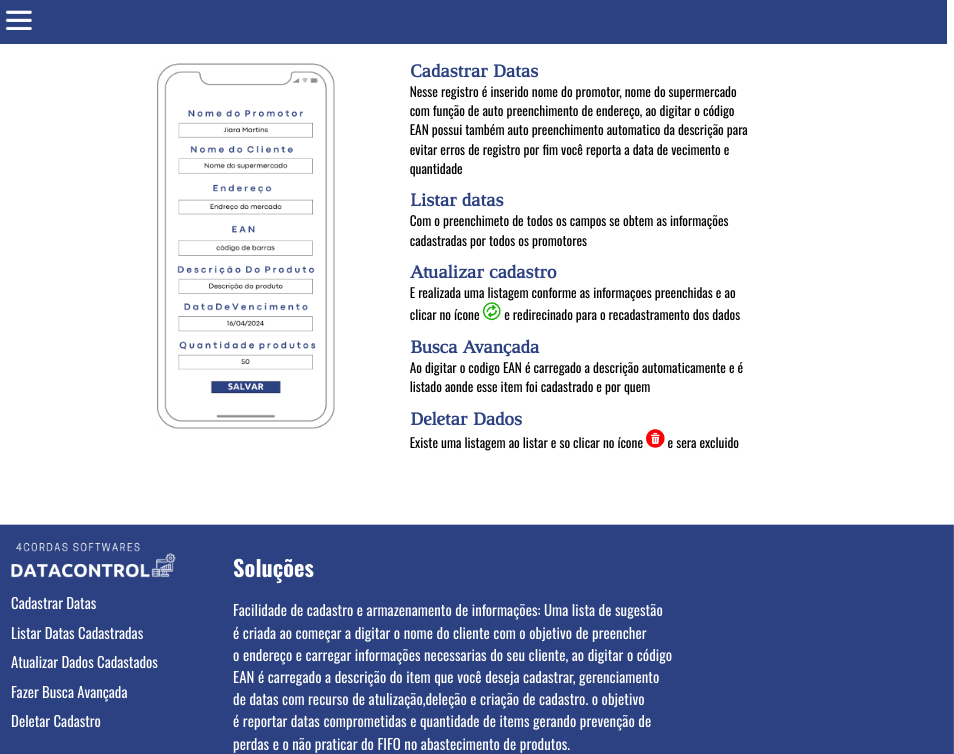
Repository: alfredo-allan/ControleDeDatasFrontEnd
Page: index.html
These files come from the project's save history. The page is drawn as it stood at one moment and after the next save; the edit follows.
The browser window is 1280 px wide. The page is 1289 px wide, so the pictures cover 1289 px, including what lies to the right of the window. The pictures show the whole page, at 74% of full size.

Above is the page before, as saved 2024-04-30 14:48:34.
Console error: TypeError: Cannot read properties of null (reading 'addEventListener')

After the next save:
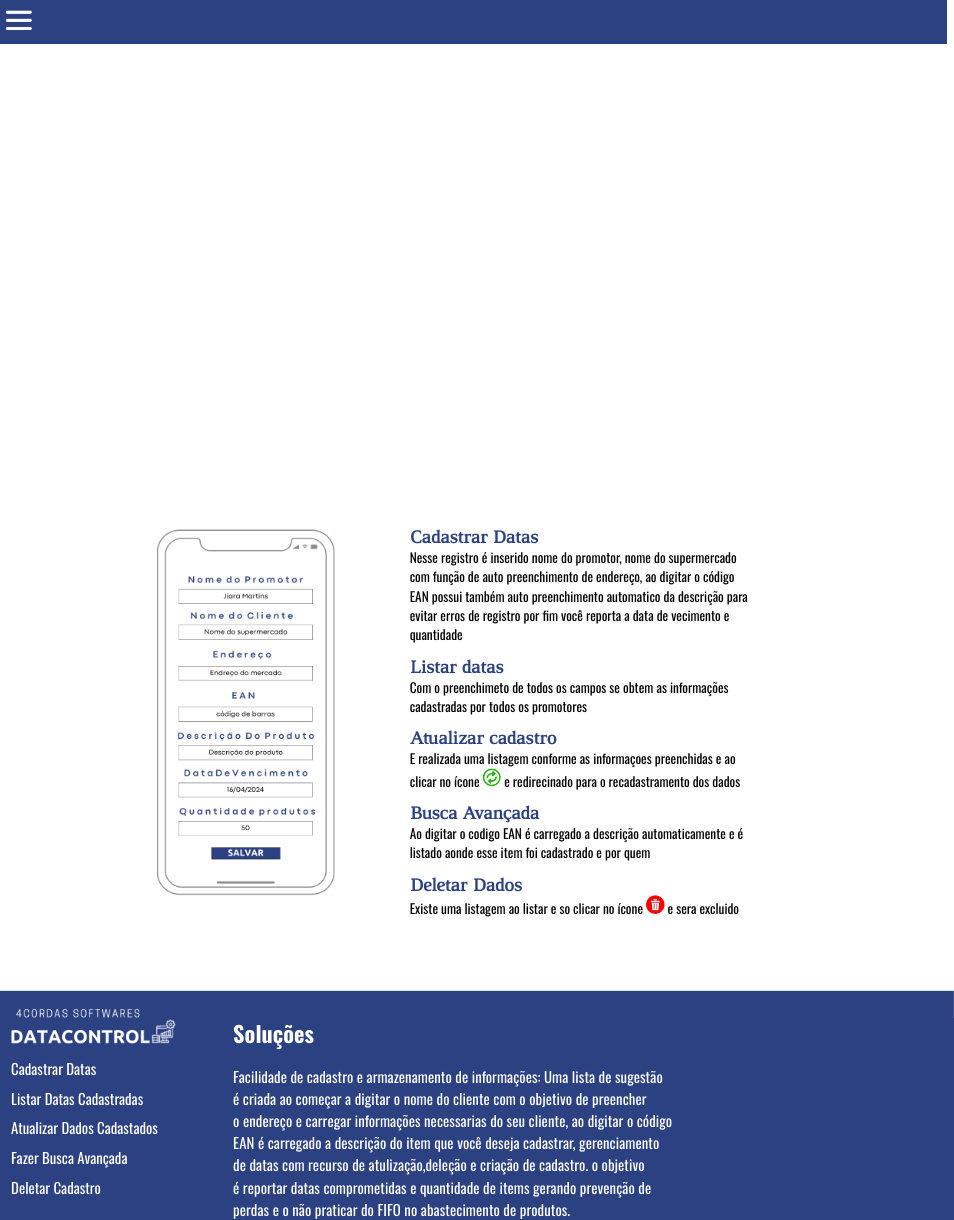
Saved 8 s later.
--- a/style/style.css
+++ b/style/style.css
@@ -430,7 +430,7 @@ button:focus {
 }
 
 #instrucao {
-  margin-top: 70px;
+  margin-top: 700px;
   width: 250px;
   margin-left: 200px;
 }
